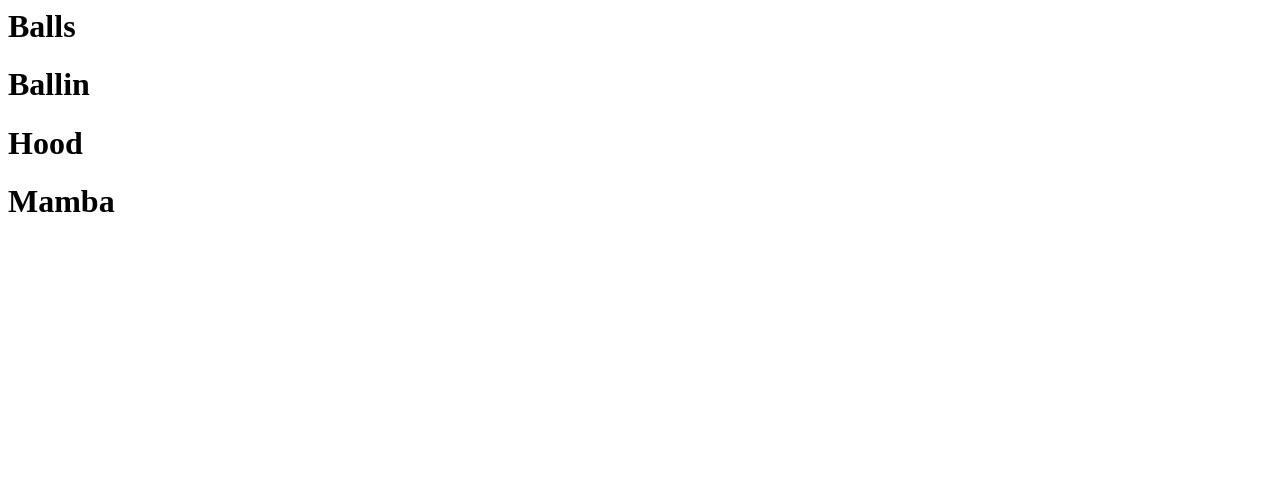
Repository: Anindyait/Tech-Tonic
Page: http://localhost/TechTonic/test.jsp
These files come from the project's save history. The page is drawn as it stood at one moment and after the next save; the edit follows.
The browser window is 1280 px wide. The pictures show the whole page.
The page is served by Tomcat 9. Other server files are loaded and not shown.

Above is the page before, as saved 2023-06-09 17:58:02.

### TechTonic/src/main/webapp/test.jsp
<%@ page language="java" contentType="text/html; charset=ISO-8859-1"
    pageEncoding="ISO-8859-1"%>
<%@ taglib uri="http://java.sun.com/jsp/jstl/core" prefix="c" %>
<html>
<head>
<title>Core Tag Example</title>
</head>
<body>
<% String names = ",Balls,,Ballin,,Hood,,Mamba,";%>
<% String[] array =  names.split(",|,,");
for (int i=0;i<array.length;i++){%>
	<h1><% out.println(array[i]); %></h1>
	<% } %>
</body>
</html>

After the next save:
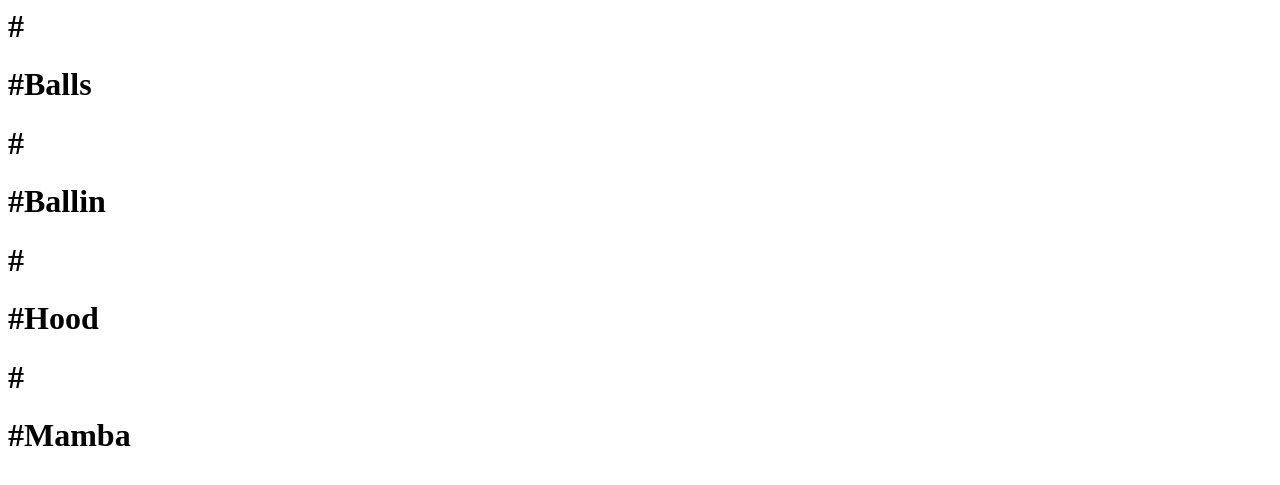
Saved 16 s later.
--- a/TechTonic/src/main/webapp/test.jsp
+++ b/TechTonic/src/main/webapp/test.jsp
@@ -9,7 +9,7 @@
 <% String names = ",Balls,,Ballin,,Hood,,Mamba,";%>
 <% String[] array =  names.split(",|,,");
 for (int i=0;i<array.length;i++){%>
-	<h1><% out.println(array[i]); %></h1>
+	<h1>#<% out.println(array[i]); %></h1>
 	<% } %>
 </body>
 </html>
